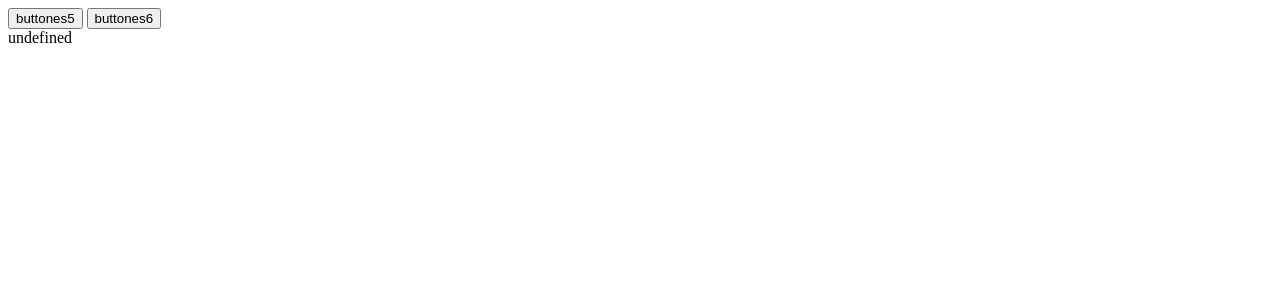
Repository: motiejus1/08-paskaita-JS
Page: index.html
The author's editor kept a copy of each file at every save. The page is drawn from the files as they stood at one save, then again after the next save.
The browser window is 1280 px wide. The pictures show the whole page.

Above is the page before, as saved 2021-06-17 12:01:13.
Console error: TypeError: Failed to execute 'addEventListener' on 'EventTarget': parameter 2 is not of type 'Object'.

### index.html
<!DOCTYPE html>
<html lang="en">
<head>
    <meta charset="UTF-8">
    <meta http-equiv="X-UA-Compatible" content="IE=edge">
    <meta name="viewport" content="width=device-width, initial-scale=1.0">
    <title>8 paskaita</title>
</head>
<body>

<div class="container">
    <button id="buttones5">buttones5</button>
    <button id="buttones6">buttones6</button>


    <div id="reses5"></div>
    <div id="reses6"></div>
</div>
<!-- 2sec -->

<!-- 10sec -->
    <script src="script.js">
    </script>
</body>
</html>

### script.js

"use strict";


let skaicius = 0;

skaicius = 6;

//apsirasome kintamaji
//mes jam priskiriam reiksme
//me galim pakeisti kintamojo reiksme
//ir mes kintamaji isvedam

let dalybosRezultatas =  function(sk1=0,sk2=0) {
    let rezultatas;
    rezultatas = sk1/sk2;

    return rezultatas;
}

dalybosRezultatas = function(sk1=0,sk2=0) {
    let rezultatas;
    rezultatas = sk1/sk2;

    let masyvas = [];
    masyvas[0]= sk1;
    masyvas[1]= sk2;
    masyvas[2] = rezultatas;
    return masyvas;
}


console.log("Script veikia");

console.log(dalybosRezultatas(5,10));


//ES5
let daugybaes5 = function(sk1, sk2) {

    //this
    let rezultatas;
    rezultatas = sk1*sk2;
    document.getElementById('reses5').innerHTML += this;
    return rezultatas;
}

//Es6 funckija
let daugybaes6 = (sk1, sk2) => {
    let rezultatas;
    rezultatas = sk1*sk2;
    document.getElementById('reses6').innerHTML += this;
    // console.log(this);
    return rezultatas;
}


// console.log(daugybaes5(2,4));
// console.log(daugybaes6(2,4));

//ES5
// window.addEventListener("load", daugybaes5(2,4));
// document.getElementById("buttones5").addEventListener("click", daugybaes5(2,4) );


//ES6

// window.addEventListener("load", daugybaes6(2,4));
// document.getElementById("buttones6").addEventListener("click", daugybaes6(2,4));


let funkcijaes5 = function() {
    document.getElementById('reses5').innerHTML += this;
}

let funkcijaes6 = () => {
    document.getElementById('reses6').innerHTML += this;
}

window.addEventListener("load", daugybaes5(2,4));
document.getElementById("buttones5").addEventListener("click", daugybaes5(2,4) );

After the next save:
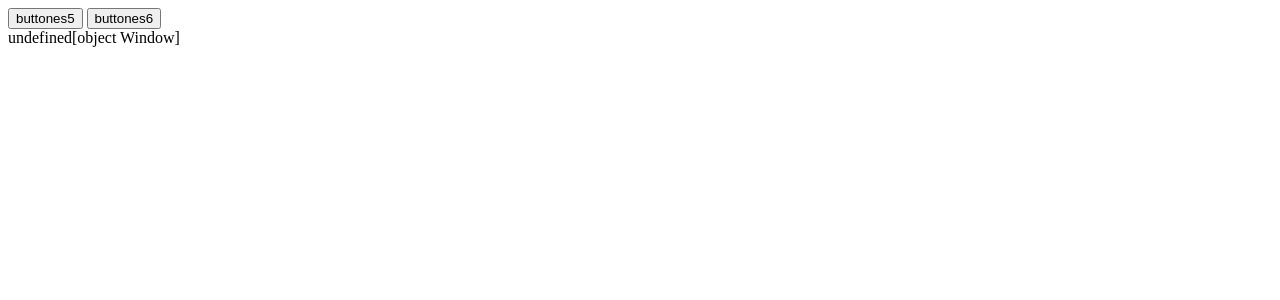
Saved 7 s later.
--- a/script.js
+++ b/script.js
@@ -77,5 +77,5 @@ let funkcijaes6 = () => {
     document.getElementById('reses6').innerHTML += this;
 }
 
-window.addEventListener("load", daugybaes5(2,4));
+window.addEventListener("load", funkcijaes5);
 document.getElementById("buttones5").addEventListener("click", daugybaes5(2,4) );
